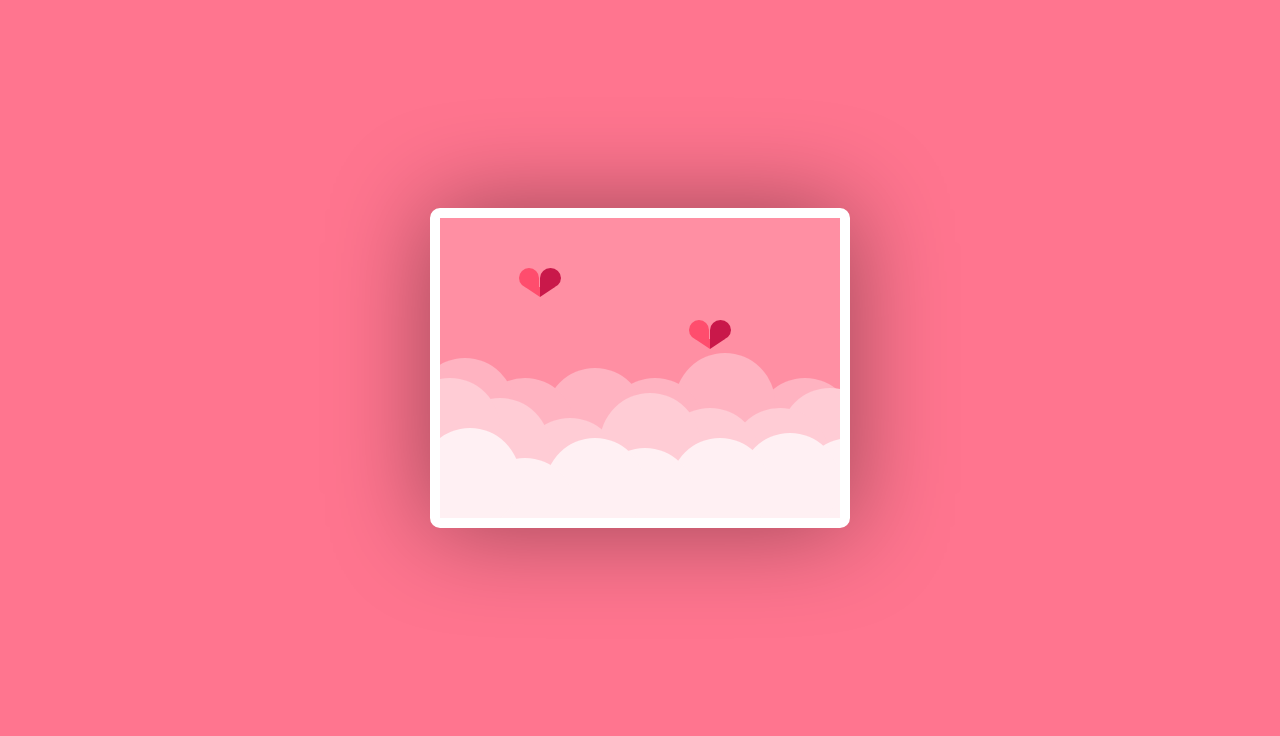
Repository: namtrung123456789/trannamtrung
Page: style.html
An editor plug-in stored every save of this project. The page is shown before and after the next save, followed by the edit.
The browser window is 1280 px wide. The pictures show the whole page.

Above is the page before, as saved 2024-07-28 20:19:44.

After the next save:
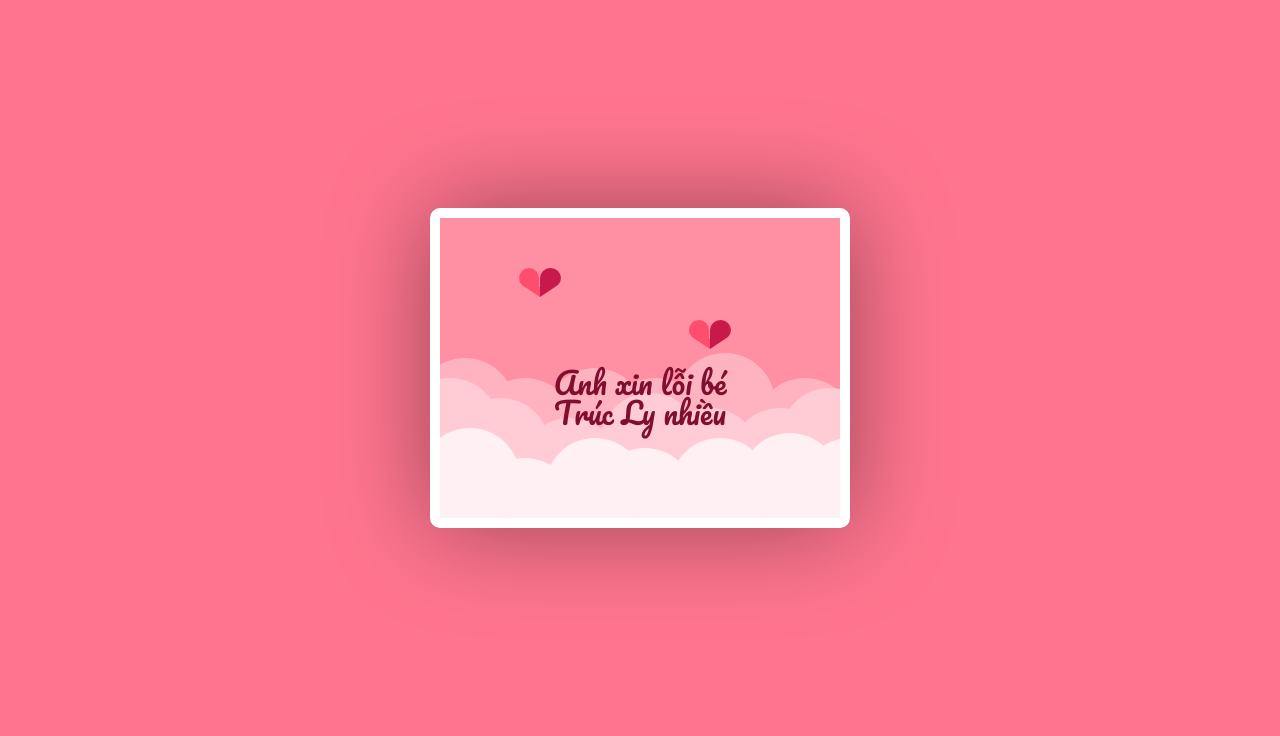
Saved 14 s later.
--- a/main.css
+++ b/main.css
@@ -168,7 +168,7 @@ body {
   width:380px;
   left:10px;
   z-index:3;
-  top:500px;
+  top:350px;
   animation: up 1s ease forwards;
   transition: .2s;
 }
